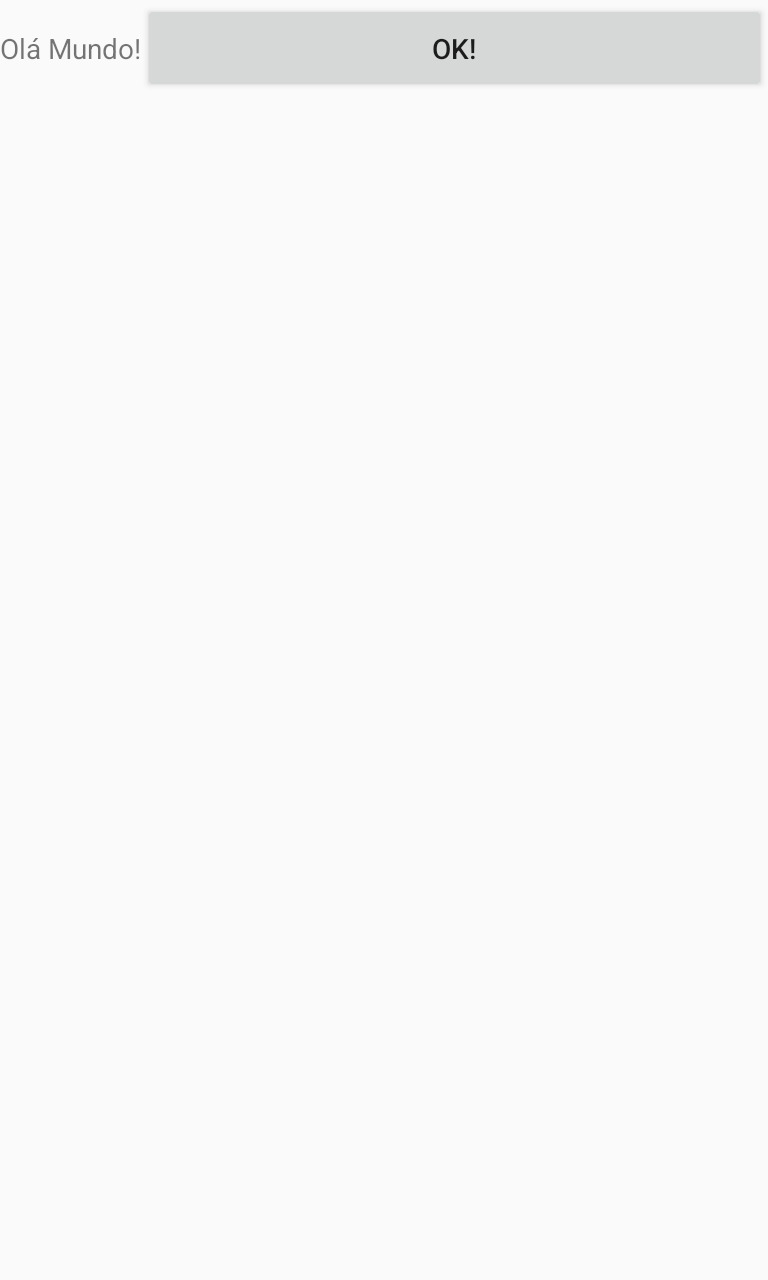
Repository: KaioWeb1/app-minhaCidade
Layout: OlaMundo/res/layout/principal.xml
These files come from the project's save history. The layout is drawn as it stood at one moment and after a run of saves; the edit follows.
It is drawn on a 768 x 1280 px phone screen (xhdpi) without system bars, with theme AppTheme; the app's code is not run.

Above is the layout before, as saved 2014-09-05 14:59:39.

After the next 3 saves:
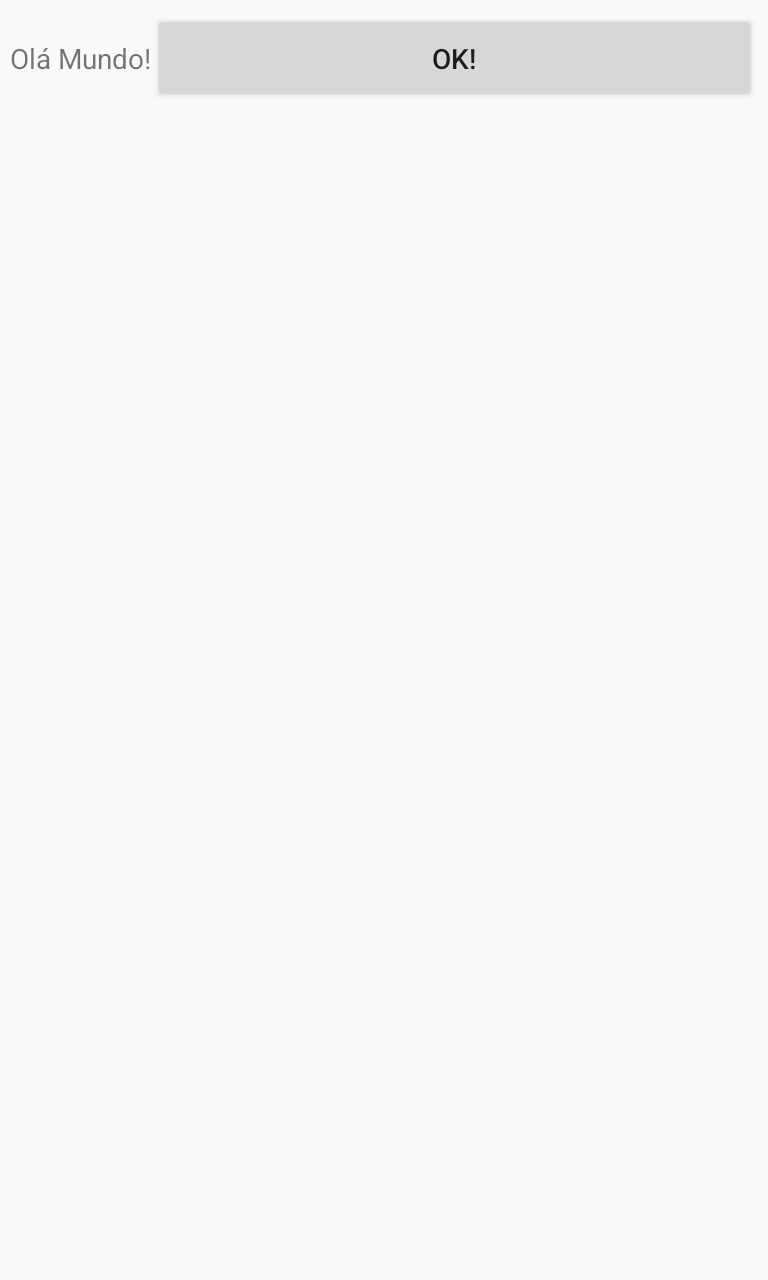
The 3 saves are shown as one change because they came seconds apart.
The last was saved 12 s later.
--- a/OlaMundo/res/layout/principal.xml
+++ b/OlaMundo/res/layout/principal.xml
@@ -2,7 +2,7 @@
     xmlns:tools="http://schemas.android.com/tools"
     android:layout_width="match_parent"
     android:layout_height="match_parent"
-   android:layout_gravity="]"
+   android:padding="5dp"
     tools:context="br.com.example.olamundo.OlaMundoActivity" >
 
     <TextView
